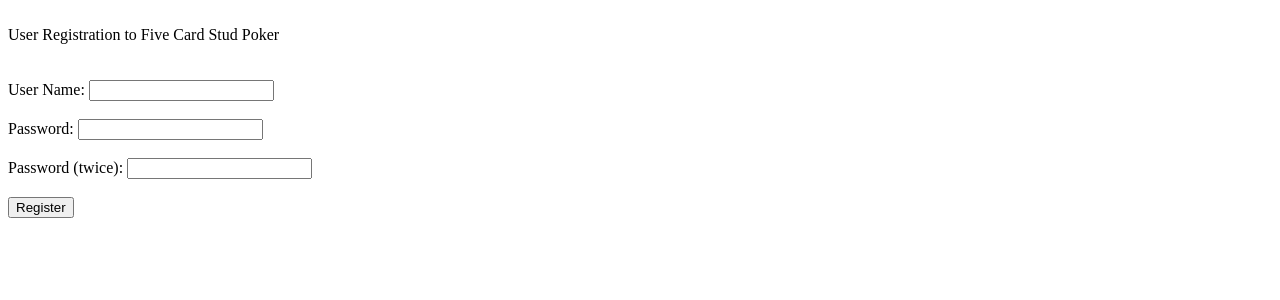
Repository: J2EEBeliever/ISA681_Poker2
Page: http://localhost/StrutsAjax/UserRegistration.jsp
An editor plug-in stored every save of this project. The page is shown before and after the next save, followed by the edit.
The browser window is 1280 px wide. The pictures show the whole page.
The page is served by Tomcat 9. Nobody is signed in. The application's start-up code is not run.

Above is the page before, as saved 2015-12-01 18:38:24.

After the next save:
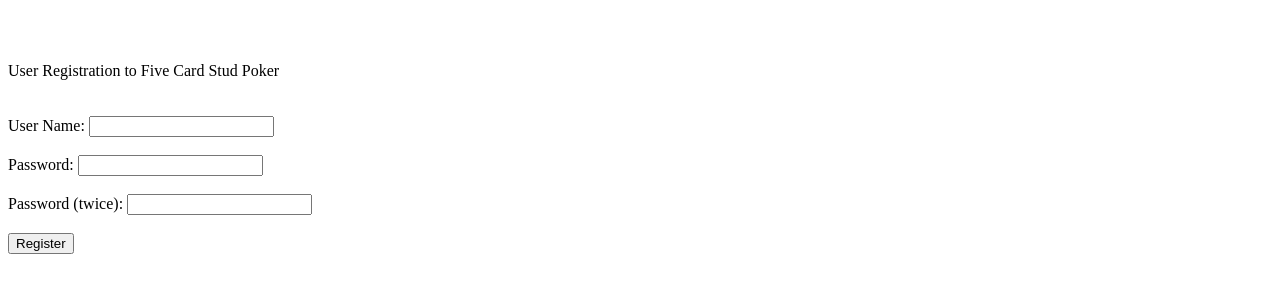
Saved 42 s later.
--- a/SOURCE/StrutsAjax/WebContent/UserRegistration.jsp
+++ b/SOURCE/StrutsAjax/WebContent/UserRegistration.jsp
@@ -10,6 +10,10 @@
 
 
 <body>
+<BR><% if (request.getAttribute("errors") != null) {%>
+<%= (String)request.getAttribute("errors") %>
+<% } %>
+<BR>
 <BR>
 User Registration to Five Card Stud Poker<BR>
 
